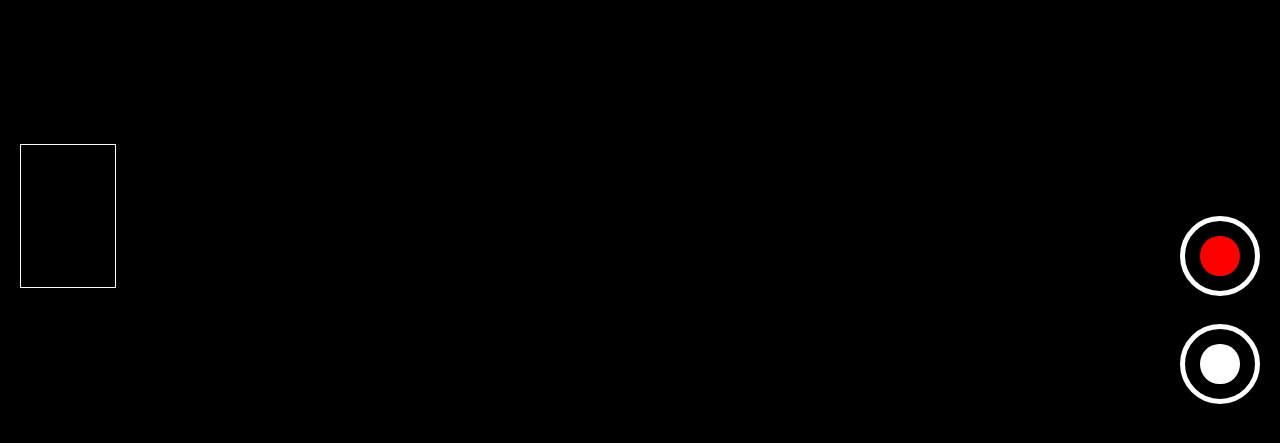
Repository: Priyanshubhartistm/webDev
Page: CSS Que and camera App/Camera/index.html
These files come from the project's save history. The page is drawn as it stood at one moment and after the next save; the edit follows.
The browser window is 1280 px wide. The pictures show the whole page.
Pictures or frames that could not be fetched are drawn as grey boxes.

Above is the page before, as saved 2021-06-13 20:03:16.

### CSS Que and camera App/Camera/index.html
<!DOCTYPE html>
<html lang="en">

<head>
  <meta charset="UTF-8" />
  <meta http-equiv="X-UA-Compatible" content="IE=edge" />
  <meta name="viewport" content="width=device-width, initial-scale=1.0" />
  <title>Document</title>
  <link rel="stylesheet" href="style.css">
</head>

<body>




  <div id="video-container">
    <video autoplay></video>
  </div>


  <div class="filter-container">
    <div
      class="filter"
      style="background-color: #e5503960; background-blend-mode: color-burn"
    ></div>
    <div
      class="filter"
      style="background-color: #1e37995c; background-blend-mode: color-burn"
    ></div>
    <div
      class="filter"
      style="background-color: #f6b93b6e; background-blend-mode: color-burn"
    ></div>
    <div
      class="filter"
      style="background-color: #07999245; background-blend-mode: color-burn"
    ></div>
    <div
      class="filter"
      style="background-blend-mode: color-burn; background-color: #b8e9943b"
    ></div>
    <div class="filter"></div>
  </div>


  <button id="record"> <div></div></button>
  <button id="capture"> <div></div></button>

  <!-- <button id="start">Start</button>
  <button id="stop">Stop</button>
  <button id="capture">Capture</button> -->

</body>
<script src="script.js"></script>
</html>

### CSS Que and camera App/Camera/style.css
*{
    box-sizing: border-box;
}

body{
    margin: 0;
    background-color: black;
}





#record,#capture{
    height: 5rem;
    width: 5rem;
    border-radius: 50%;
    outline: none;
    border: none;
    position: fixed;
    border: 5px solid white;
    background: black;
}

#record{
    top: 30vh;
    right: 20px;
}

#record div{
    height: 60%;
    width: 68%;
    margin: auto;
    border-radius: 50%;
    background: red;
}


#capture div{
    height: 60%;
    width: 68%;
    margin: auto;
    border-radius: 50%;
    background: white;
}

#capture{
    top: 45vh;
    right: 20px;
}

#video-container{
    height: 100vh;
    width: 100vw;
    overflow: hidden;
}

video{
    height: 100%;
    width: 100%;
}

.record-animation{
    animation: zoom-in-out 0.8s infinite;
}
.capture-animation{

    animation: zoom-in-out 1s ;
}

@keyframes zoom-in-out{
    0%{
        transform: scale(1);
    }
    50%{
        transform: scale(1.1);

    }
    100%{
        transform: scale(1);

    }
}


.filter-container{
    width: 6rem;
    height: 20vh;
    border: 1px solid white;
    position: fixed;
    top: 20vh;
    left: 20px;


}

filter{
    width: 100%;
    height: calc( 100% / 6 );
    border: 1px solid white;
    background-image: url(https://latticenepal.com/wp-content/uploads/2020/06/nature.jpg);
    background-size: cover;

}

### CSS Que and camera App/Camera/script.js

let video = document.querySelector("video");

// let startBtn = document.querySelector("#start");
// let stopBtn = document.querySelector("#stop");

let recordBtn = document.querySelector("#record");
let recDiv = recordBtn.querySelector("div")
let capBtn = document.querySelector("#capture");
let capDiv = capBtn.querySelector("div")

let mediaRecorder;
let isRecording = false;
let chunks = [];

// startBtn.addEventListener("click", function () {
//   //recording start
//   mediaRecorder.start();
// });

// stopBtn.addEventListener("click", function () {
//   //recording stop
//   mediaRecorder.stop();
// });

recordBtn.addEventListener("click", function (e) {
    if (isRecording) {
        mediaRecorder.stop()
        isRecording = false
        recDiv.classList.remove("record-animation")
    } else {
        mediaRecorder.start()
        isRecording = true
        recDiv.classList.add("record-animation")
    }
})

capBtn.addEventListener("click", function () {

    // if{ isRecording = true
    //     return;
    // }

    capDiv.classList.add("capture-animation")
    setTimeout(function () {
        capDiv.classList.remove("capture-animation")
    }, 1000)

    //Screen Display Image Save
    let canvas = document.createElement("canvas");
    canvas.width = video.videoWidth;
    canvas.height = video.videoHeight;
    let tool = canvas.getContext("2d");
    tool.drawImage(video, 0, 0);

    let link = canvas.toDataURL();
    let a = document.createElement("a");
    a.href = link;
    a.download = "img.png";
    a.click();
    a.remove();
    canvas.remove()
});

navigator.mediaDevices
    .getUserMedia({ video: true, audio: true })
    .then(function (mediaStream) {

        mediaRecorder = new MediaRecorder(mediaStream);

        mediaRecorder.addEventListener("dataavailable", function (e) {
            chunks.push(e.data);
        });

        mediaRecorder.addEventListener("stop", function (e) {
            let blob = new Blob(chunks, { type: "video/mp4" });
            chunks = [];
            let a = document.createElement("a");
            let url = window.URL.createObjectURL(blob);
            a.href = url;
            a.download = "video.mp4";
            a.click();
            a.remove();
        });

        video.srcObject = mediaStream;
    })
    .catch(function (err) {
        console.log(err);
    });

After the next save:
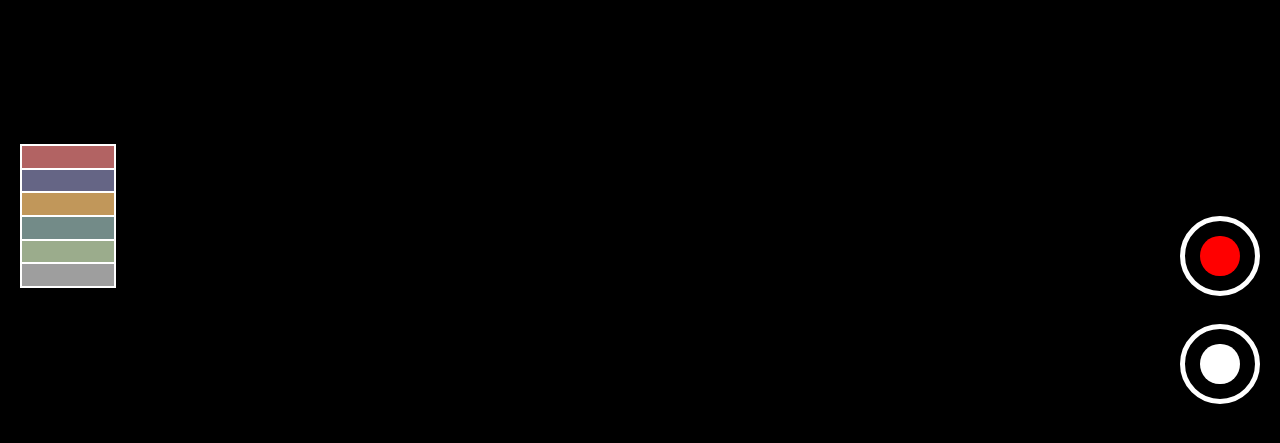
Saved 44 s later.
--- a/CSS Que and camera App/Camera/style.css
+++ b/CSS Que and camera App/Camera/style.css
@@ -94,7 +94,7 @@ video{
 
 }
 
-filter{
+.filter{
     width: 100%;
     height: calc( 100% / 6 );
     border: 1px solid white;
